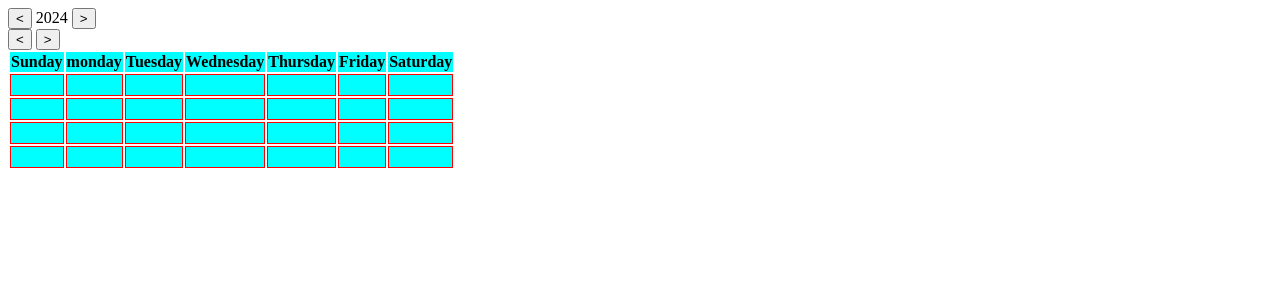
Repository: fateme81yosefi/calendar
Page: index.html
The author's editor kept a copy of each file at every save. The page is drawn from the files as they stood at one save, then again after the next save.
The browser window is 1280 px wide. The pictures show the whole page.

Above is the page before, as saved 2024-05-30 14:03:29.
Console error: SyntaxError: Unexpected token 'switch'

### index.html
<!DOCTYPE html>

<html>

<head>
  <title>calendar</title>
  <link rel="icon" type="image/x-icon" href="/images/fav.png">
  <link rel="stylesheet" href="styles.css">

</head>

<body>

  <div class="container-calendar">
    <div class="contain-year" id="year">
      <button>
        < </button>
          2024
          <button>></button>

    </div>
    <div class="contain-month" id="month">
      <button>
        < </button>

          <button>></button>

    </div>
    <table>
      <tr>
        <th>Sunday</th>
        <th>monday</th>
        <th>Tuesday</th>
        <th>Wednesday </th>
        <th>Thursday</th>
        <th>Friday</th>
        <th>Saturday</th>
      </tr>

      <tr>
        <td id="1-1"> </td>
        <td id="1-2"> </td>
        <td id="1-3"> </td>
        <td id="1-4"> </td>
        <td id="1-5"> </td>
        <td id="1-6"> </td>
        <td id="1-7"> </td>
      </tr>

      <tr>
        <td id="2-1"> </td>
        <td id="2-2"> </td>
        <td id="2-3"> </td>
        <td id="2-4"> </td>
        <td id="2-5"> </td>
        <td id="2-6"> </td>
        <td id="2-7"> </td>
      </tr>

      <tr>
        <td id="3-1"> </td>
        <td id="3-2"> </td>
        <td id="3-3"> </td>
        <td id="3-4"> </td>
        <td id="3-5"> </td>
        <td id="3-6"> </td>
        <td id="3-7"> </td>
      </tr>

      <tr>
        <td id="4-1"> </td>
        <td id="4-2"> </td>
        <td id="4-3"> </td>
        <td id="4-4"> </td>
        <td id="4-5"> </td>
        <td id="4-6"> </td>
        <td id="4-7"> </td>
      </tr>
    </table>
  </div>



  <script src="/scripts.js"></script>

</body>

</html>

### styles.css
tr{
    background-color: aqua;
    border: 1px solid red;
    padding: 10px;
    margin: 2px;
}
td{
    background-color: aqua;
    border: 1px solid red;
    padding: 10px;
    margin: 2px;
}

### scripts.js




function calculator() {
    const d = new Date();
    m = d.getMonth()
    y = d.getFullYear()
    day = d.getDate()


    document.getElementById("year").innerHTML =

    switch(m+1){
        case 1: b = "January";
            break;
        case 2: b = "February";
            break;
        case 3: b = "March";
            break;
        case 4: b = "April";
            break;
        case 5: b = "May";
            break;
        case 6: b = "June";
            break;
        case 7: b = "July";
            break;
        case 8: b = "August";
            break;
        case 9: b = "September";
            break;
        case 10: b = "October";
            break;
        case 11: b = "November";
            break;
        case 12: b = "December";
            break;
        }

    document.getElementById("month").innerHTML = b

    // weekday = #column
    if (day <= 7 || day >= 29) {
        row = 1
        x = "1-" + weekday
        document.getElementById(x).innerHTML = day
    } else if (day <= 14) {
        row = 2
        x = "2-" + weekday
        document.getElementById(x).innerHTML = day
    } else if (day <= 21) {
        row = 3
        x = "3-" + weekday
        document.getElementById(x).innerHTML = day
    } else if (day <= 28) {
        row = 4
        x = "4-" + weekday
        document.getElementById(x).innerHTML = day
    }


}

calculator()

After the next save:
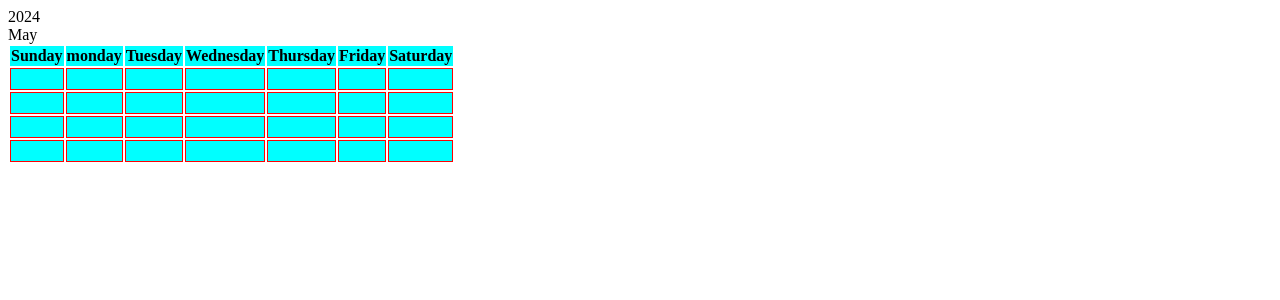
Console error: ReferenceError: weekday is not defined
Saved 5 s later.
--- a/scripts.js
+++ b/scripts.js
@@ -9,7 +9,7 @@ function calculator() {
     day = d.getDate()
 
 
-    document.getElementById("year").innerHTML =
+    document.getElementById("year").innerHTML = y
 
     switch(m+1){
         case 1: b = "January";
